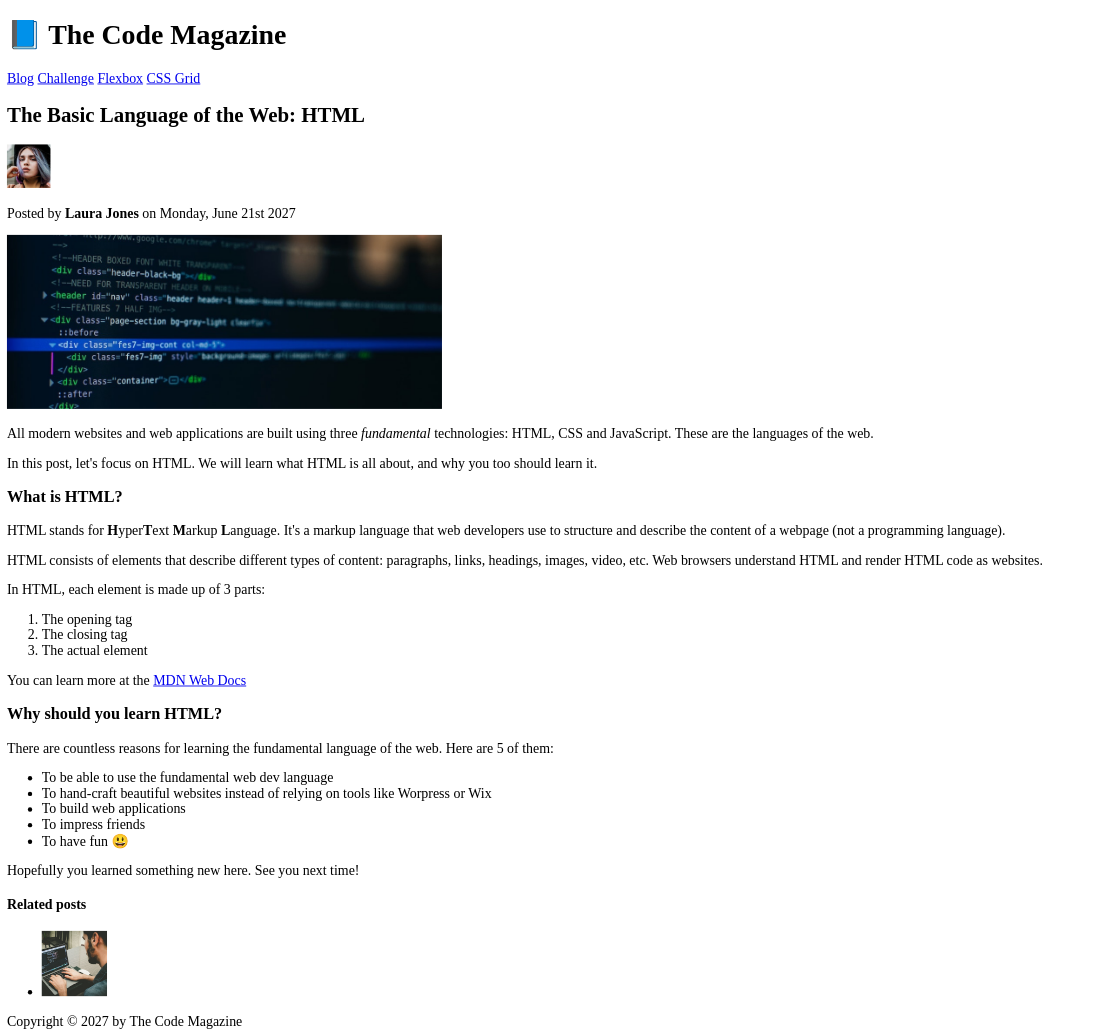
Repository: nghiakma/HTML-CSS-Fundamental
Page: HTML/index.html
An editor plug-in stored every save of this project. The page is shown before and after the next save, followed by the edit.
The browser window is 1280 px wide. The pictures show the whole page, at 87% of full size.

Above is the page before, as saved 2023-08-19 17:34:20.

After the next save:
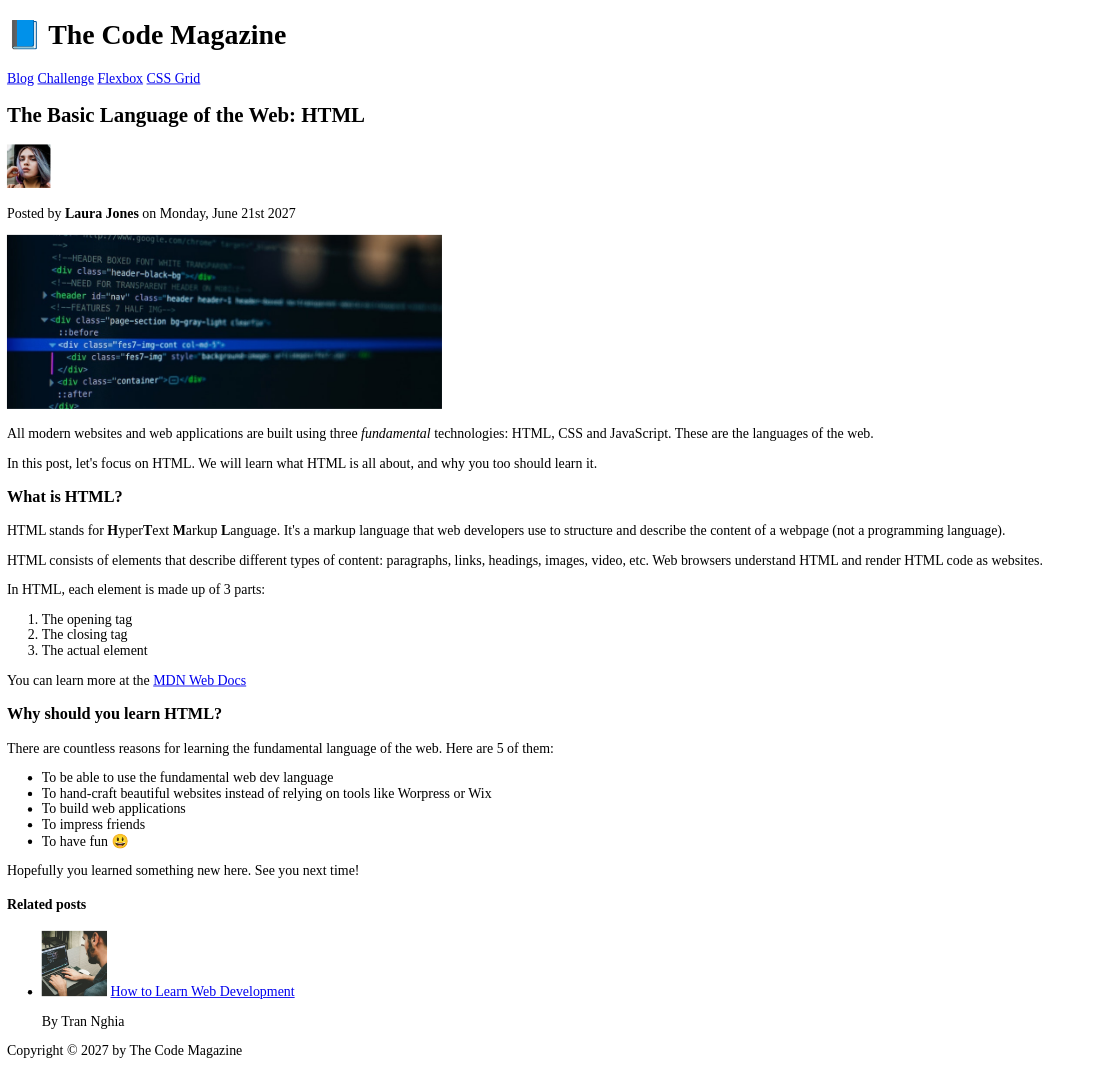
Saved 57 s later.
--- a/HTML/index.html
+++ b/HTML/index.html
@@ -71,7 +71,11 @@
     <h4>Related posts</h4>
 
     <ul>
-      <li><img src="./related-1.jpg" alt="Person programming" width="75" height="75"></li>
+      <li>
+        <img src="./related-1.jpg" alt="Person programming" width="75" height="75">
+        <a href="#">How to Learn Web Development</a>
+        <p>By Tran Nghia</p>
+      </li>
     </ul>
   </aside>
 
